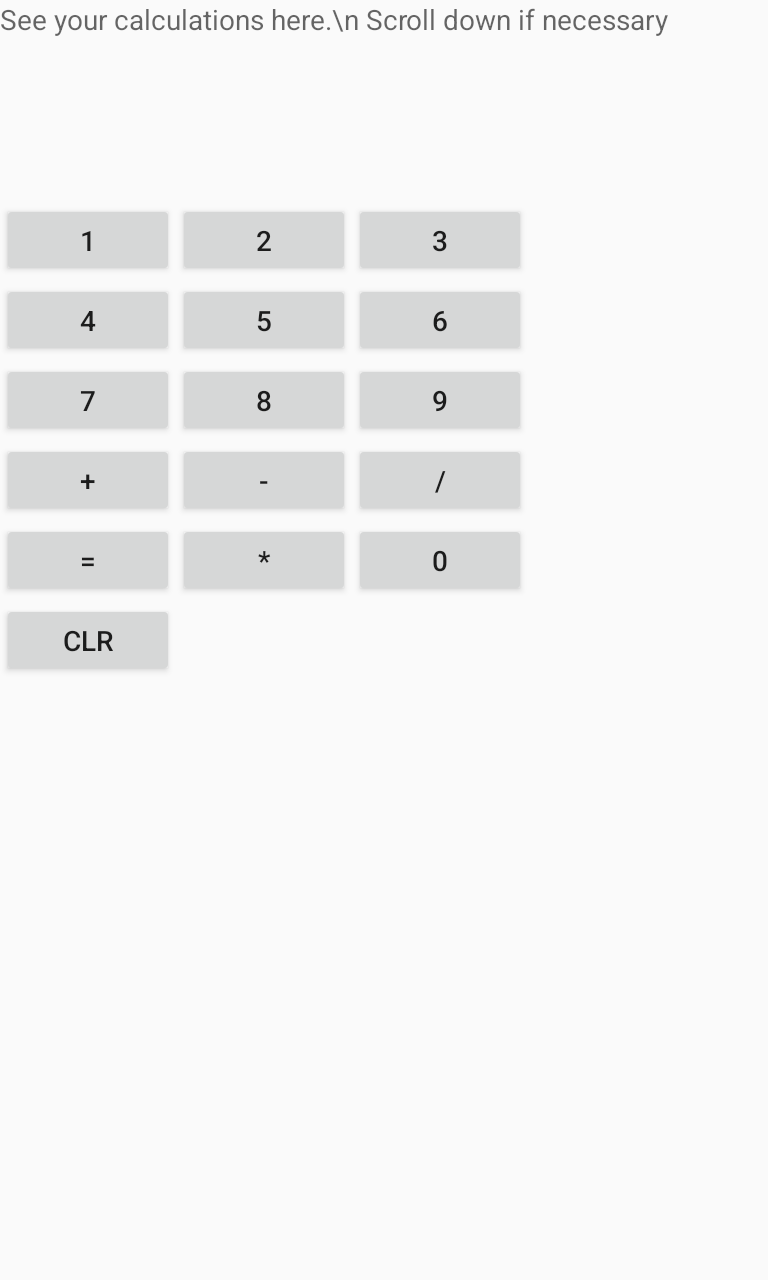
Repository: apoorvelec/AndroidApps
Layout: Calculator1pt1/res/layout/activity_main.xml
These files come from the project's save history. The layout is drawn as it stood at one moment and after the next save; the edit follows.
It is drawn on a 768 x 1280 px phone screen (xhdpi) without system bars, with theme AppTheme; the app's code is not run.

Above is the layout before, as saved 2016-05-22 18:01:18.

After the next save:
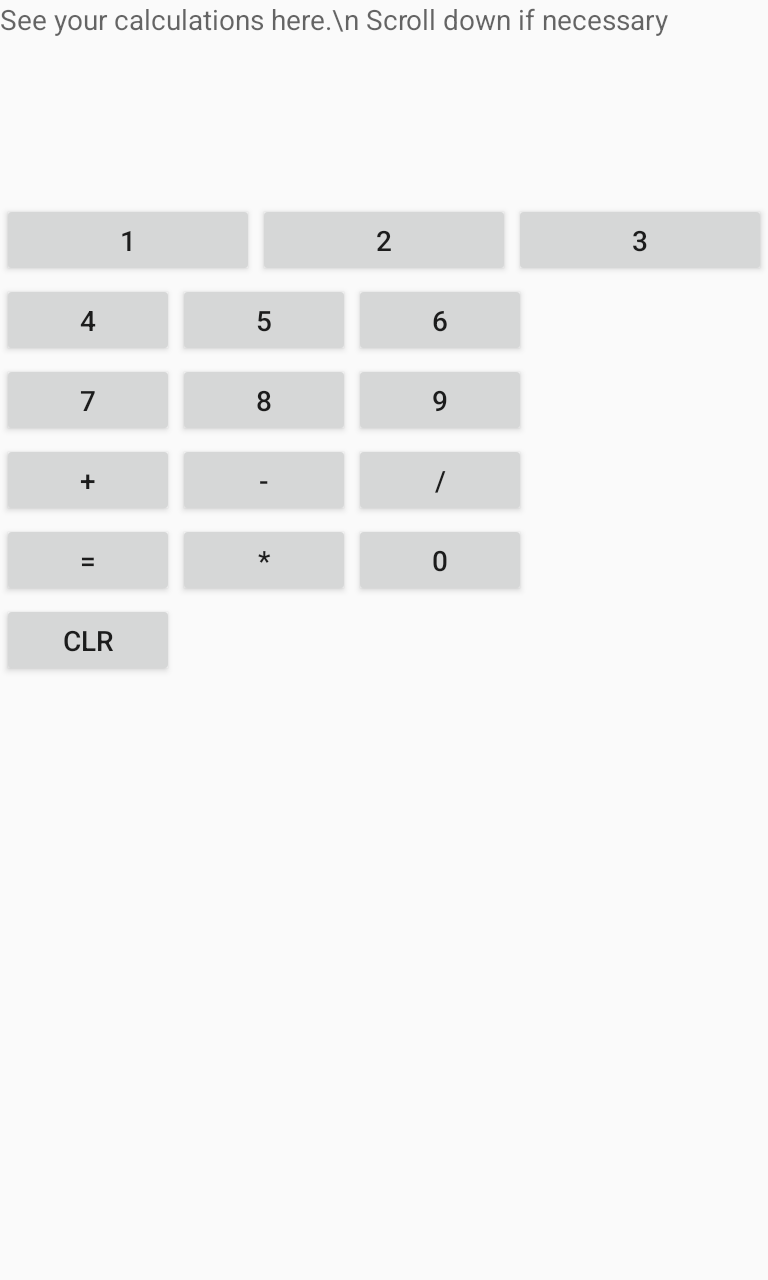
Saved 2 min 14 s later.
--- a/Calculator1pt1/res/layout/activity_main.xml
+++ b/Calculator1pt1/res/layout/activity_main.xml
@@ -14,21 +14,25 @@
    <!-- More GUI components go here  -->
    <LinearLayout android:layout_width="fill_parent"
    android:layout_height="40dp"
-   android:orientation="horizontal" >
+   android:orientation="horizontal"
+   android:weightSum="3" >
    	<Button android:id="@+id/button1"
       android:layout_width="wrap_content"
       android:layout_height="wrap_content"
       android:text="1"
+      android:layout_weight="1"
       android:onClick="buttonClick" />
    	<Button android:id="@+id/button2"
       android:layout_width="wrap_content"
       android:layout_height="wrap_content"
       android:text="2"
+      android:layout_weight="1"
       android:onClick="buttonClick" />
    	<Button android:id="@+id/button3"
       android:layout_width="wrap_content"
       android:layout_height="wrap_content"
       android:text="3"
+      android:layout_weight="1"
       android:onClick="buttonClick" />
    </LinearLayout>
 
